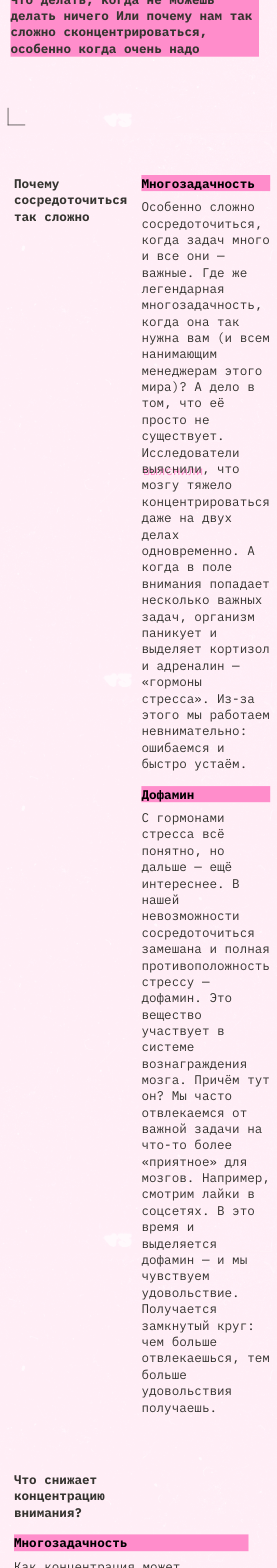
Repository: Hadoooouken/slozhno-sosredotochitsya
Page: index.html
The author's editor kept a copy of each file at every save. The page is drawn from the files as they stood at one save, then again after a run of saves.
The browser window is 375 px wide. The page is 396 px wide, so the pictures cover 396 px, including what lies to the right of the window. The pictures show the part of the page from y = 610 to 2850 px (the page is 8600 px tall before and 7851 px after), at 70% of full size.
Backgrounds fixed to the window are drawn as part of the page.

Above is the page before, as saved 2024-01-24 21:27:43.

After the next 3 saves:
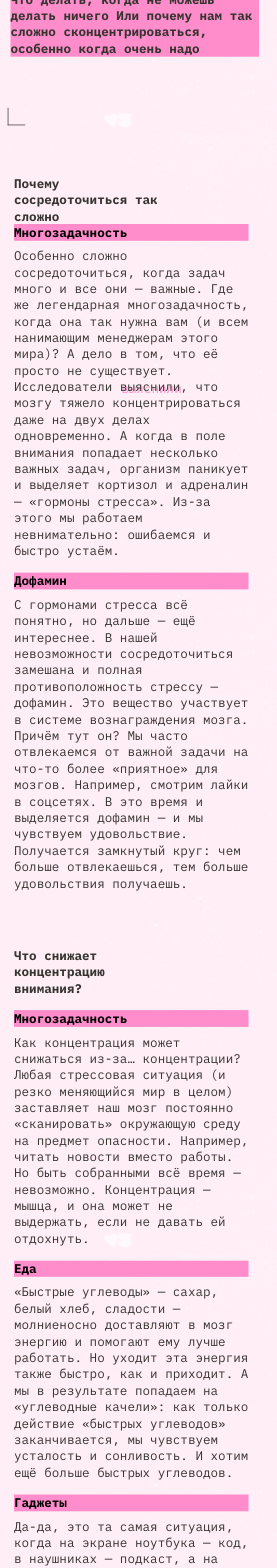
The 3 saves are shown as one change because they came seconds apart.
The last was saved 6 s later.
--- a/styles/style.css
+++ b/styles/style.css
@@ -388,5 +388,7 @@
     max-width: 355px;
     justify-items: start; /*хз что тут*/
   }
-  .focus__block
-}
+  .focus__block {
+    display: block;
+  }
+}

After the 2 saves that followed:
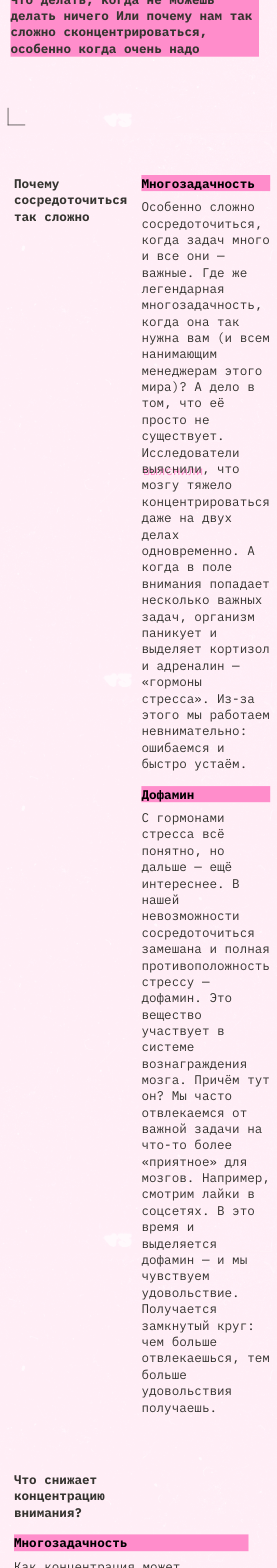
The 2 saves are shown as one change because they came seconds apart.
The last was saved 2 min 19 s later.
--- a/styles/style.css
+++ b/styles/style.css
@@ -388,7 +388,5 @@
     max-width: 355px;
     justify-items: start; /*хз что тут*/
   }
-  .focus__block {
-    display: block;
-  }
-}
+  .focus__block {}
+}
